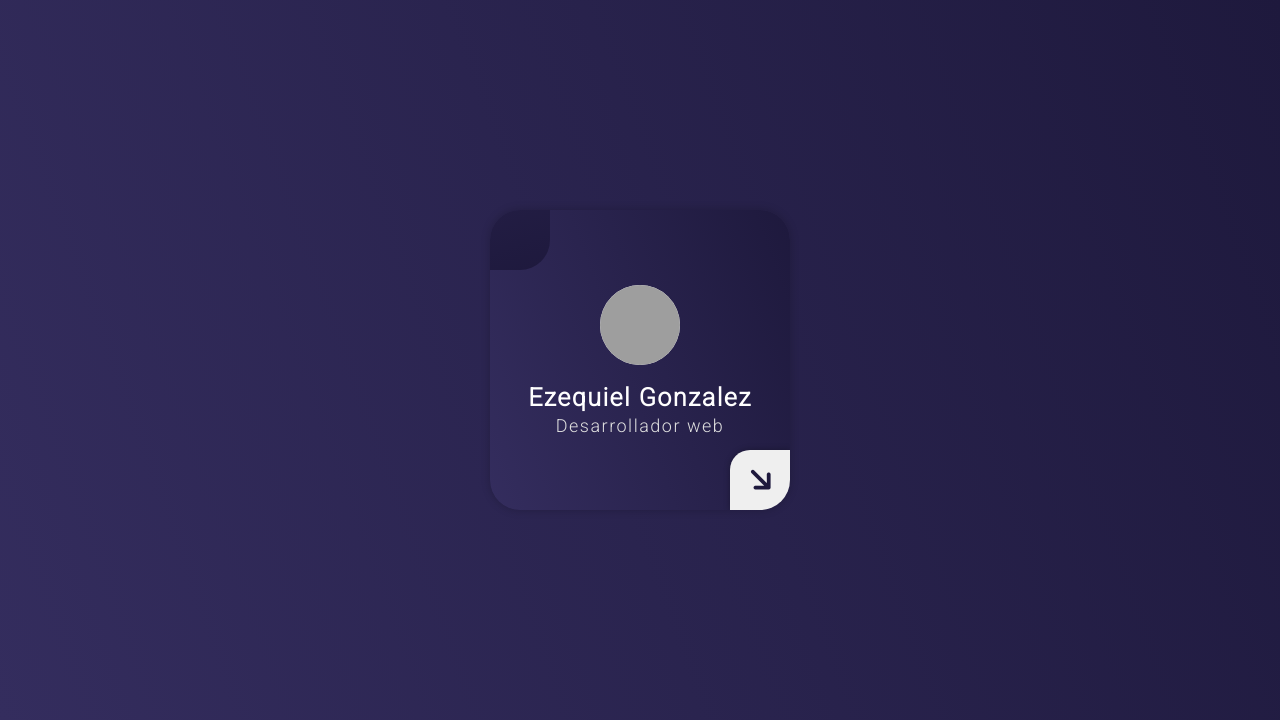
Repository: ezegonzalez912/presentacion
Page: index.html
These files come from the project's save history. The page is drawn as it stood at one moment and after the next save; the edit follows.
The browser window is 1280 px wide. The pictures show the whole page.
Pictures or frames that could not be fetched are drawn as grey boxes. Some web libraries are served in a nearby version.

Above is the page before, as saved 2021-08-14 01:21:58.
Console error: TypeError: Cannot set properties of null (setting 'onclick')

After the next save:
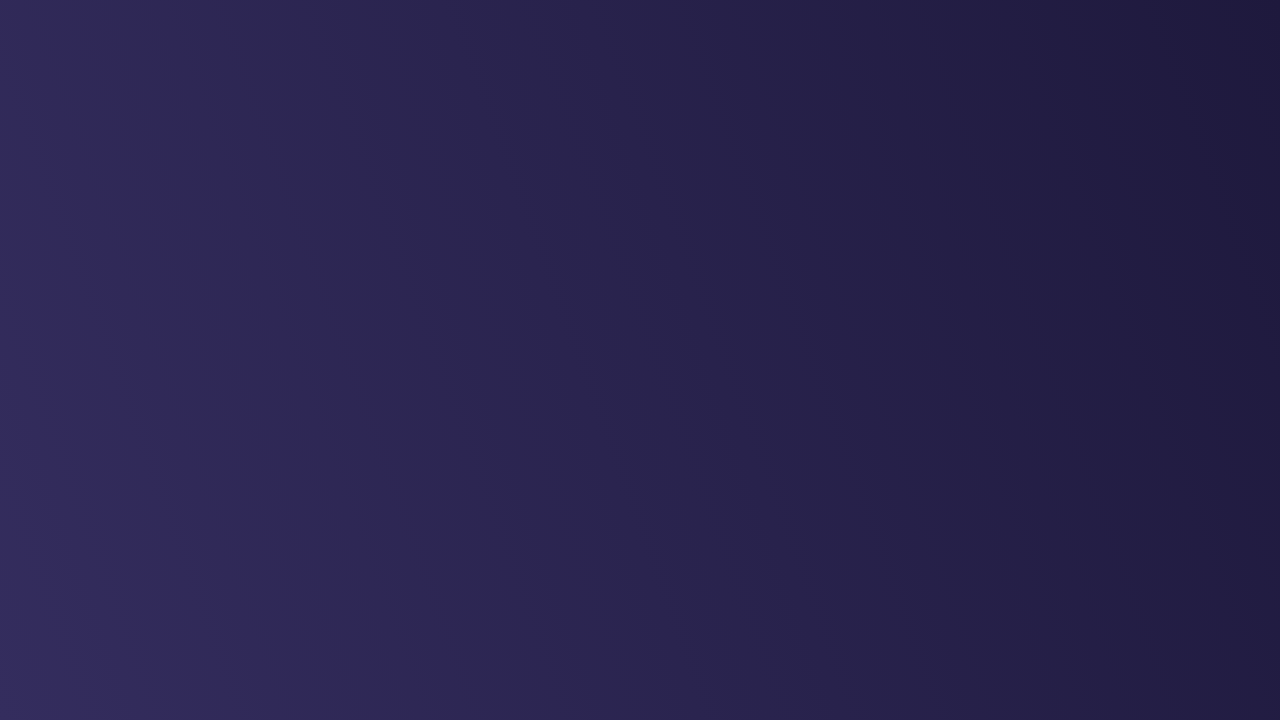
Saved 88 s later.
--- a/index.html
+++ b/index.html
@@ -5,7 +5,7 @@
     <title>Mi pagina de prueba</title>
     <link rel="stylesheet" href="style.css">
     <link href="https://fonts.googleapis.com/icon?family=Material+Icons" rel="stylesheet">
-    <script src="/script.js"></script>
+    <script src="/script.js" />
   </head>
   <body>
     <div class="card__container">

After the save that followed:
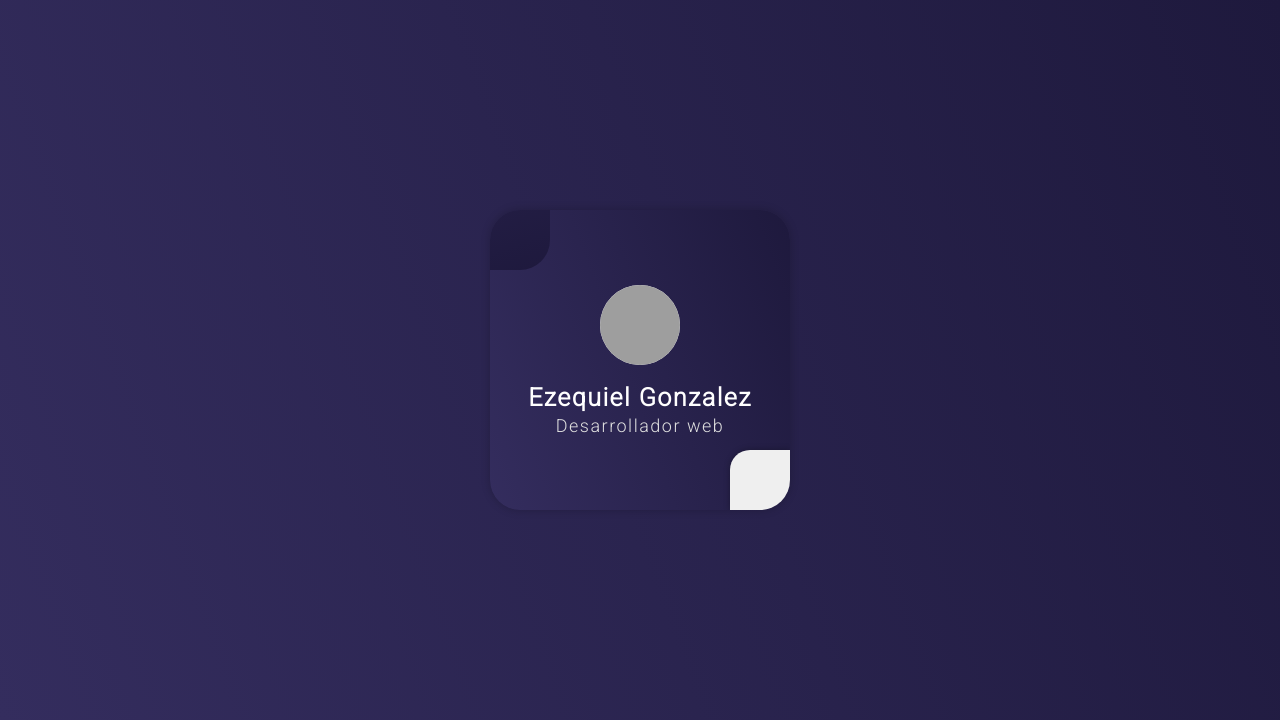
The error is gone.
Saved 17 s later.
--- a/index.html
+++ b/index.html
@@ -5,7 +5,6 @@
     <title>Mi pagina de prueba</title>
     <link rel="stylesheet" href="style.css">
     <link href="https://fonts.googleapis.com/icon?family=Material+Icons" rel="stylesheet">
-    <script src="/script.js" />
   </head>
   <body>
     <div class="card__container">
@@ -57,5 +56,6 @@
         </div>
     </div>
   </body>
+  <script src="/script.js" />
   <script src="https://kit.fontawesome.com/cdaaf05087.js" crossorigin="anonymous"></script>
 </html>
